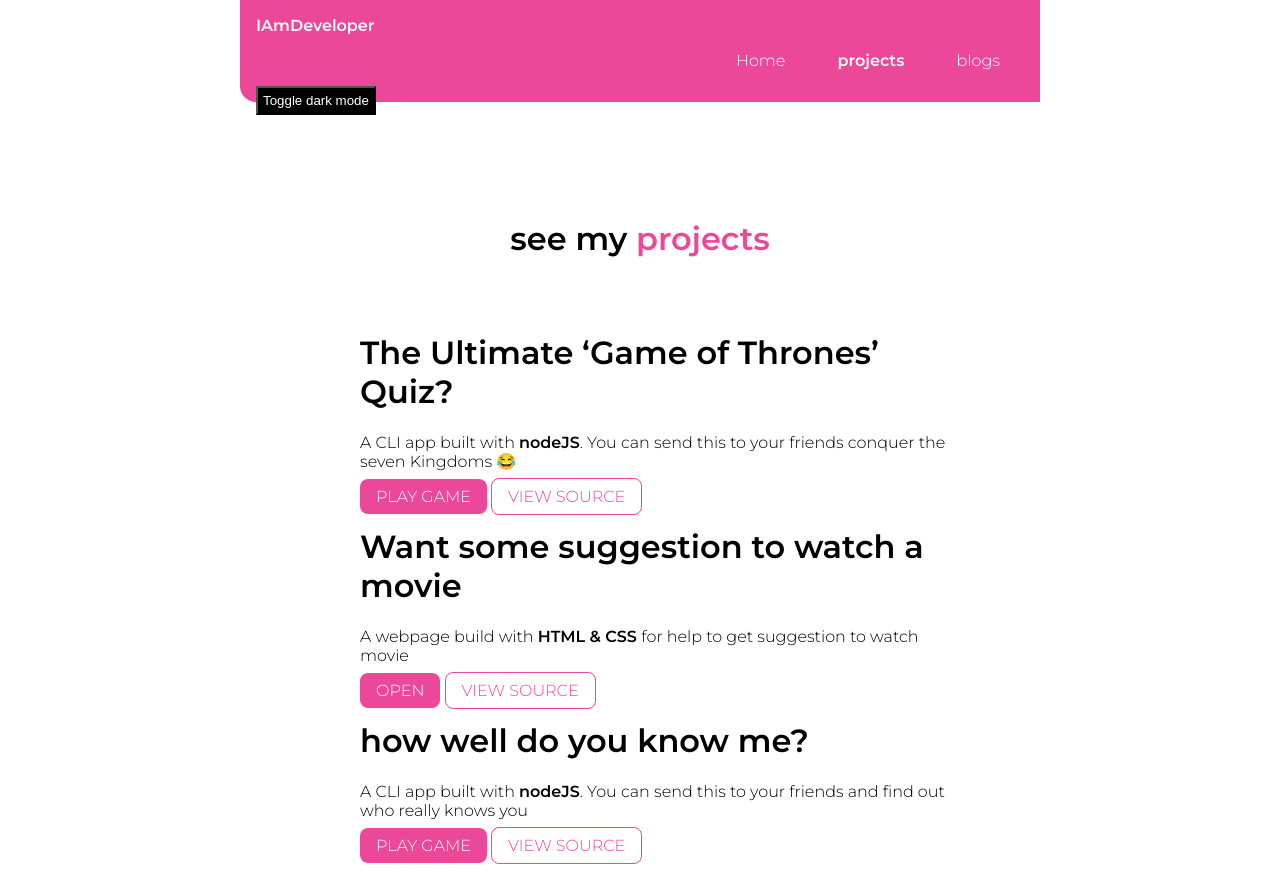
Repository: sohan2503001/Portfolio
Page: projects.html
These files come from the project's save history. The page is drawn as it stood at one moment and after the next save; the edit follows.
The browser window is 1280 px wide. The pictures show the whole page.

Above is the page before, as saved 2021-04-12 13:36:29.

### projects.html
<!DOCTYPE html>
<html lang="en">
  <head>
    <meta charset="UTF-8" />
    <meta name="viewport" content="width=device-width, initial-scale=1.0" />
    <title>Projects | Sohan</title>
    <link rel="stylesheet" href="style.css" />
  </head>
  <body>
    <nav class="navigation container">
      <div class="nav-brand">IAmDeveloper</div>
      <ul class="list-non-bullet nav-pills">
        <li class="list-item-inline">
          <a class="link" href="/">Home</a>
        </li>
        <li class="list-item-inline">
          <a class="link link-active" href="projects.html">projects</a>
        </li>
        <li class="list-item-inline">
          <a class="link" href="blogs.html">blogs</a>
        </li>
      </ul>
      <button onclick="myFunction()" class="button-dark">Toggle dark mode</button>
    </nav>

    <header class="hero">
      <h1 class="hero-heading">
        see my<span class="heading-inverted"> projects</span>
      </h1>
    </header>

    <ol class="list list-non-bullet">

      <div class="container container-center">
        <li>
          <h1>The Ultimate ‘Game of Thrones’ Quiz?</h1>
          <p>
            A CLI app built with <strong>nodeJS</strong>. You can send this to
            your friends conquer the seven Kingdoms 😂
          </p>

          <a class="link link-primary" href="https://replit.com/@Sohan250301/GameofThronesQuiz?embed=1&output=1#index.js" target="_blank">PLAY GAME</a>
          <a class="link link-secondary" href="https://github.com/sohan2503001/GOTQuiz" target="_blank">VIEW SOURCE</a>
        </li>
      </div>

      <div class="container container-center">
        <li>
          <h1>Want some suggestion to watch a movie</h1>
          <p>
            A webpage build with <strong>HTML & CSS </strong> for help to get suggestion to watch movie
          </p>

          <a class="link link-primary" href="https://moviesreview.netlify.app/" target="_blank">OPEN</a>
          <a class="link link-secondary" href="https://github.com/sohan2503001/MovieSuggestion" target="_blank">VIEW SOURCE</a>
        </li>
      </div>

        <div class="container container-center">
        <li>
          <h1>how well do you know me?</h1>
          <p>
            A CLI app built with <strong>nodeJS</strong>. You can send this to
            your friends and find out who really knows you
          </p>

          <a class="link link-primary" href="https://replit.com/@Sohan250301/How-much-you-know-me?embed=1&output=1" target="_blank">PLAY GAME</a>
          <a class="link link-secondary" href="https://github.com/sohan2503001/Quiz1" target="_blank">VIEW SOURCE</a>
        </li>
      </div>

    </ol>
    <script src="code.js"></script>
  </body>
</html>

### style.css
@import url('https://fonts.googleapis.com/css2?family=Montserrat:wght@300;600&display=swap');

:root{
    --primary-color: #EC4899;
    --dark-gray: #4B5563;
    --off-white: #FBCFE8;
}

body {
    font-family: 'Montserrat', sans-serif;
    margin: auto;
    max-width: 800px;
    width: 100%;
}

hr{
    margin: 2rem 0rem;
}

/** container **/
.container{
    padding: 0rem 1rem;
}

.container-center{
    max-width: 600px;
    margin: auto;
}

/** links **/
.link{
    text-decoration: none;
    padding: 0.5rem 1rem;
    /*margin: 1rem 0rem 1rem 0rem;*/
}

.link-primary{
    background-color: var(--primary-color);
    border-radius: 0.5rem;
    color:white;
}

.link-secondary{
    color: var(--primary-color);
    border-radius: 0.5rem;
    border: 1px solid var(--primary-color);
}

/** lists **/

.list-non-bullet{
    list-style: none;
}

.list-item-inline{
    display: inline;
    padding: 0rem 0.5rem;
}

/** navigation **/

.navigation{
    background-color: var(--primary-color);
    color: white;
    padding: 1rem;
    border-bottom-left-radius: 1rem;
}

.navigation .nav-brand{
    font-weight: bold;
}

.navigation .nav-pills{
    text-align: right;
}

.navigation .link{
    color: white;
}

.navigation .link-active{
    font-weight: bold;
}

/**header **/

.hero{
    padding: 2rem;
    padding-top: 5rem;
}

.hero .hero-img{
    max-width: 350px;
    display: block;
    margin: auto;
}

.hero .hero-heading{
    padding-top: 1rem;
    color: var(--dark-red);
    text-align: center;
}

.hero .hero-heading .heading-inverted{
    color: var(--primary-color)
}

/** section **/
.section{
    padding: 2rem;
}

.section h1{
    text-align: center;
}

.ow {
    background-color: var(--off-white);
}

/**footer **/

.footer{
    background-color: var(--primary-color);
    padding: 2rem 1rem;
    text-align: center;
    color: white;
    border-top-right-radius: 1rem;
    position: relative;
}

.footer .link{
    color: white;
}

.footer .footer-header{
    font-weight: bold;
    font-size: large;
}

.footer ul{
    padding-inline-start: 0px;
}

/**DarkMode**/
.dark-mode {
    background-color: black;
    color: white;
}

.button-dark{
    padding: 5px;
    background-color: black;
    color: white;
    position: absolute;

}

### code.js
function myFunction() {
    var element = document.body;
    element.classList.toggle("dark-mode");
}

After the next save:
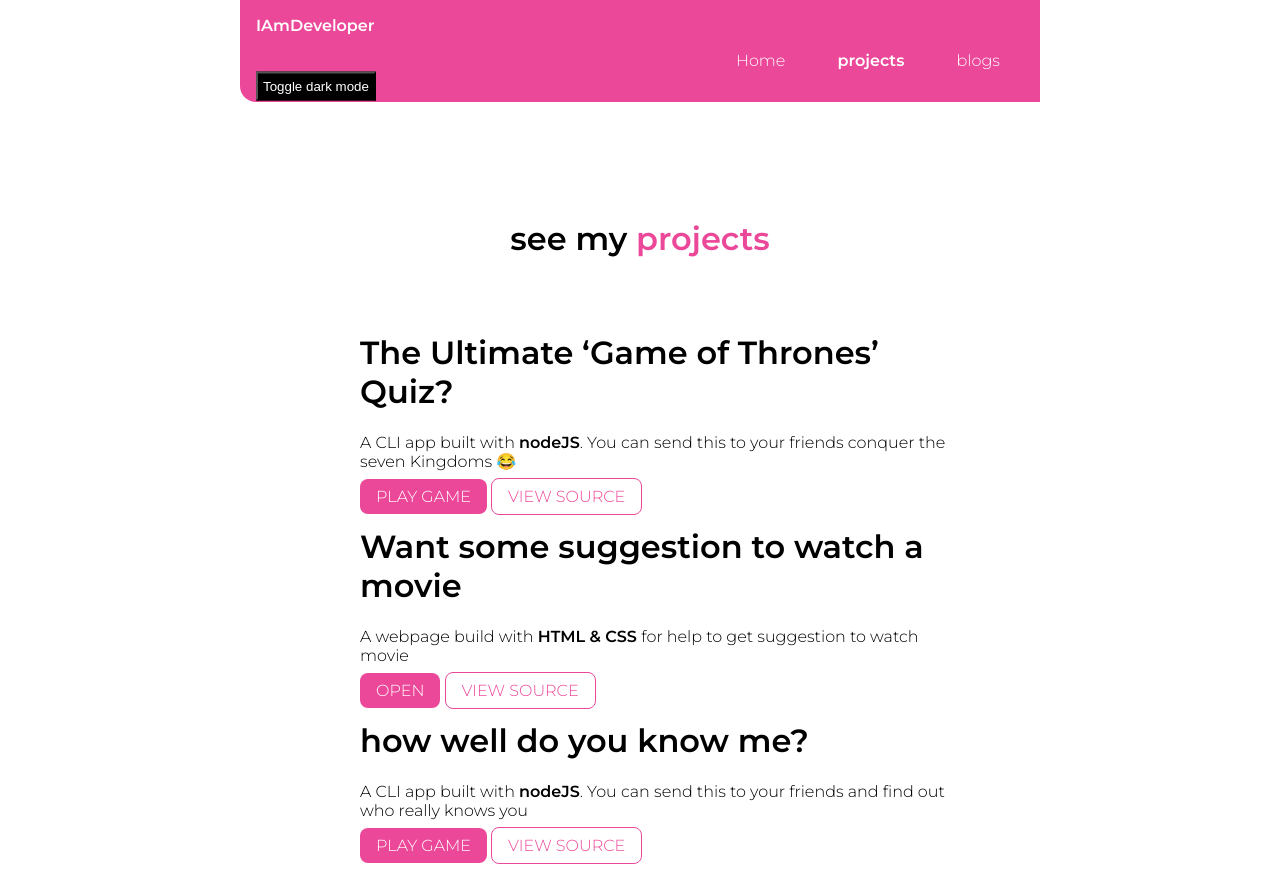
Saved 12 s later.
--- a/style.css
+++ b/style.css
@@ -153,5 +153,6 @@ hr{
     background-color: black;
     color: white;
     position: absolute;
-
+    -ms-transform: translateY(-50%);
+  transform: translateY(-50%);
 }
